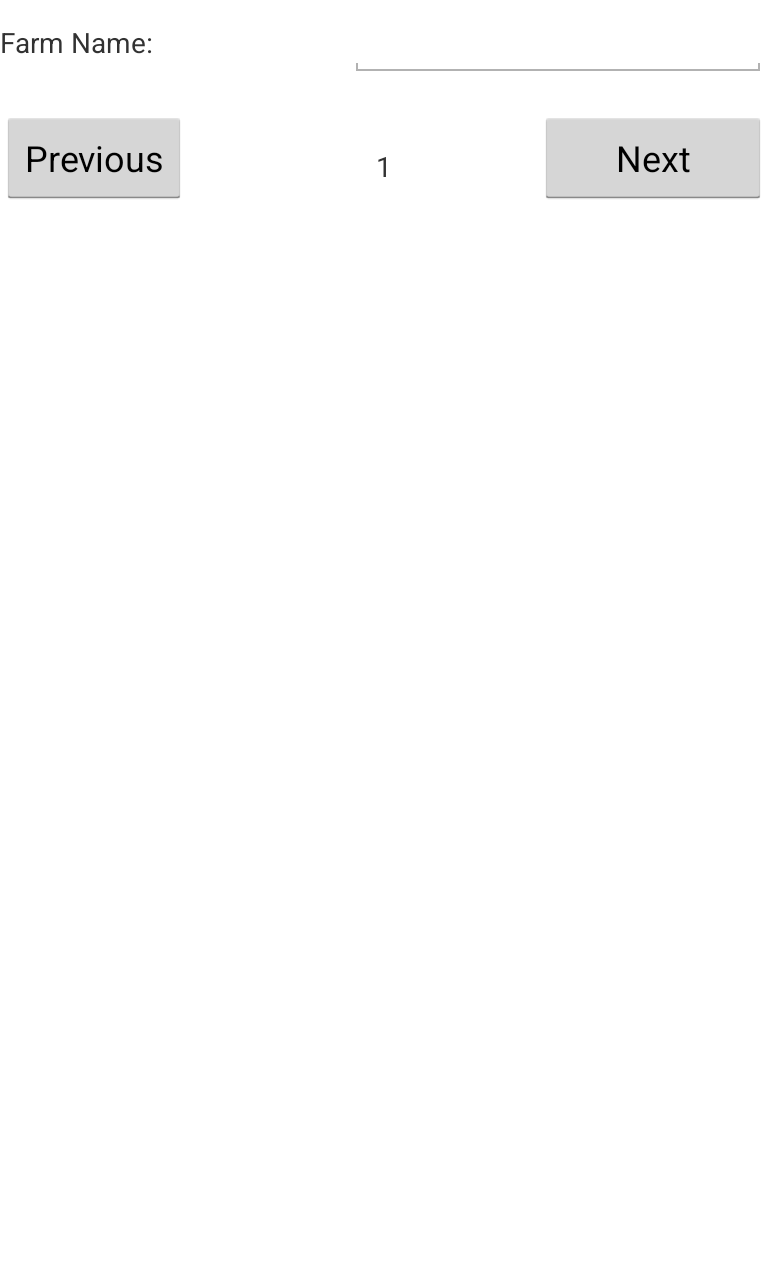
Repository: cokembel/FarmHand
Layout: FarmHand/res/layout/activity_main.xml
An editor plug-in stored every save of this project. The layout is shown before and after the next save, followed by the edit.
It is drawn on a 768 x 1280 px phone screen (xhdpi) without system bars, with theme AppTheme; the app's code is not run.

Above is the layout before, as saved 2012-12-03 08:15:22.

After the next save:
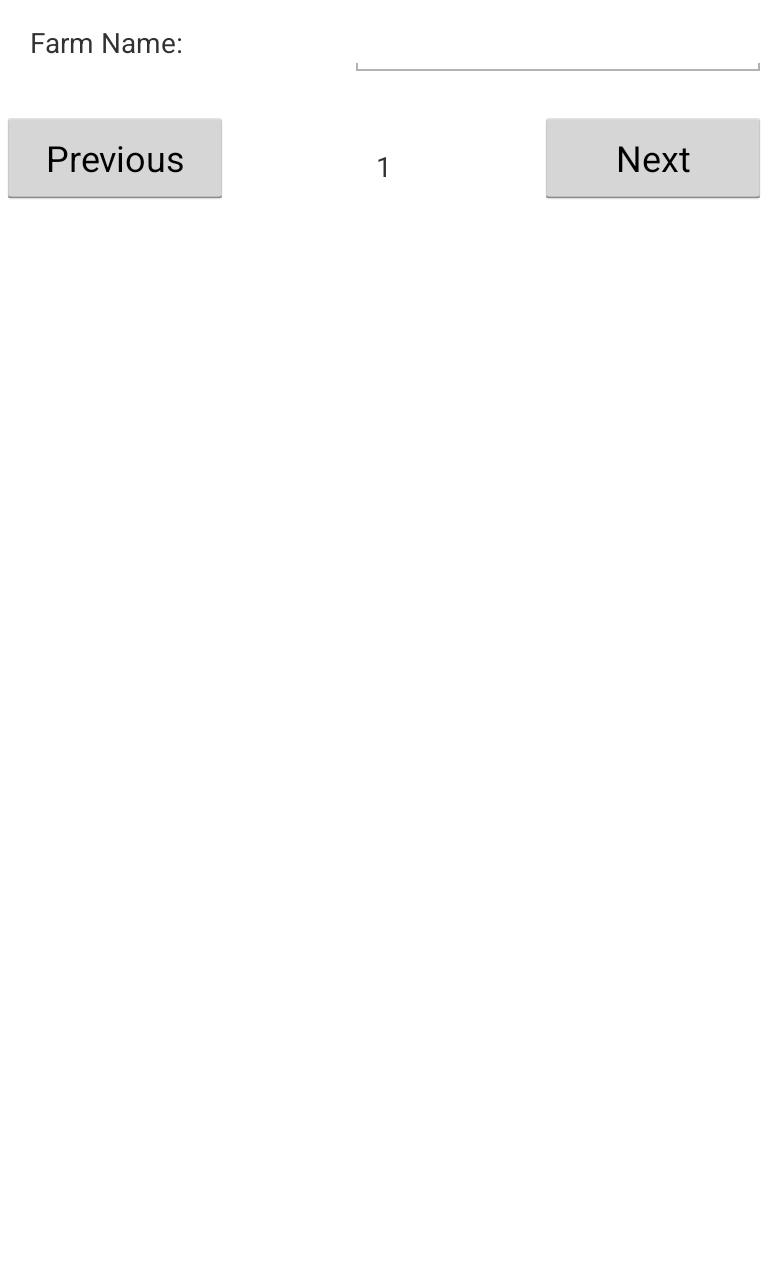
Saved 12 s later.
--- a/FarmHand/res/layout/activity_main.xml
+++ b/FarmHand/res/layout/activity_main.xml
@@ -19,7 +19,7 @@
 
             <Button
                 android:id="@+id/prev_row"
-                android:layout_width="wrap_content"
+                android:layout_width="115dp"
                 android:layout_height="wrap_content"
                 android:layout_gravity="left"
                 android:layout_marginTop="55dp"
